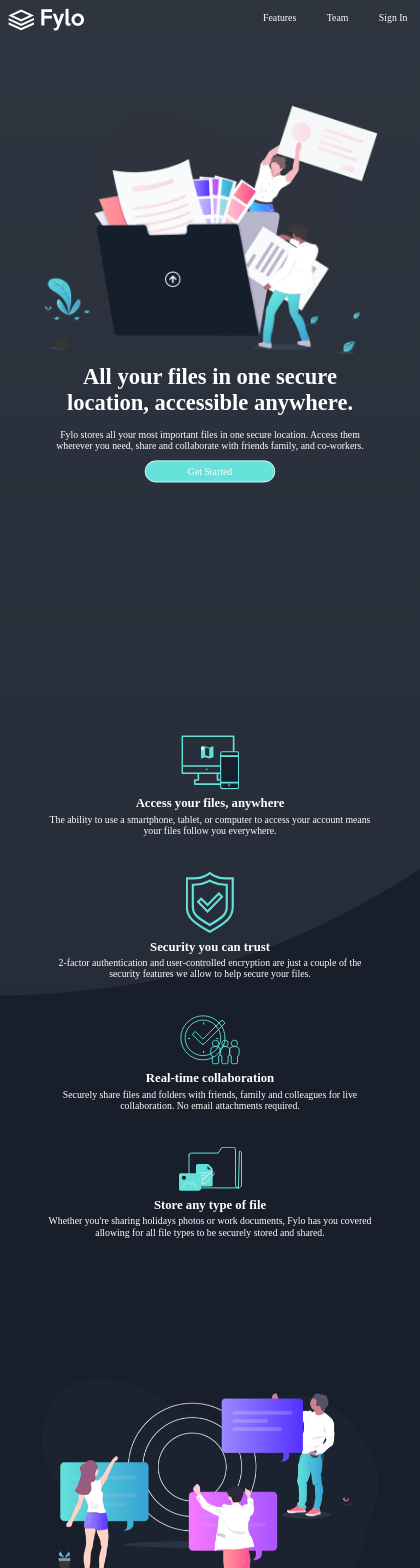
Repository: pboi18/SideHustle
Page: index.html
The author's editor kept a copy of each file at every save. The page is drawn from the files as they stood at one save, then again after the next save.
The browser window is 600 px wide. The pictures show the part of the page from y = 0 to 2240 px (the page is 4284 px tall), at 70% of full size.

Above is the page before, as saved 2021-07-06 13:12:57.

### index.html
<!DOCTYPE html>
<html>
    <head>
        <meta charset="UTF-8">

        <meta name="viewport" content="width=device-width, initial-scale=1.0"> <!-- displays site properly based on user's device -->

        <link rel="icon" type="image/png" sizes="32x32" href="./img/favicon-32x32.png">

        <title>Frontend Mentor | Fylo landing page with dark theme and features grid</title>
        <link rel="preconnect" href="https://fonts.googleapis.com">
        <link rel="stylesheet" href="style.css">
    </head>

    <body>

        <div class="full-body">

            <header>
                <nav>
                    <img class="logo" src="./img/logo.svg" alt="Logo">
                    <ul class="main-nav">
                        <li>
                            <a href="">Features</a>
                        </li>

                        <li>
                            <a href="">Team</a>
                        </li>

                        <li>
                            <a href="">Sign In</a>
                        </li>
                    </ul>
                </nav>
                <div class="get-started">
                    <img src="./img/illustration-intro.png" alt="Get Started">
                    <h1>All your files in one secure location, accessible anywhere.</h1>

                    <p>Fylo stores all your most important files in one secure location. Access them wherever
                        you need, share and collaborate with friends family, and co-workers.
                    </p>
                    <a href="#">Get Started</a>
                </div>
            </header>

            <section class="what-works">
                <div class="b1-1">
                    <img src=".//img/icon-access-anywhere.svg">
                    <h2>Access your files, anywhere</h2>
                    <p>
                        The ability to use a smartphone, tablet, or computer to access your account means your
                        files follow you everywhere.
                    </p>
                </div>

                <div class="b1-2">
                    <img src=".//img/icon-security.svg">
                    <h2>Security you can trust</h2>
                    <p>
                        2-factor authentication and user-controlled encryption are just a couple of the security
                        features we allow to help secure your files.
                    </p>
                </div>

                <div class="b1-3">
                    <img src=".//img/icon-collaboration.svg">
                    <h2>Real-time collaboration</h2>
                    <p>
                        Securely share files and folders with friends, family and colleagues for live collaboration.
                        No email attachments required.
                    </p>
                </div>

                <div class="b1-4">
                    <img src=".//img/icon-any-file.svg">
                    <h2>Store any type of file</h2>
                    <p>
                        Whether you're sharing holidays photos or work documents, Fylo has you covered allowing for all
                        file types to be securely stored and shared.
                    </p>
                </div>

            </section>

            <section class="what-works2">
                <img class="img-p" src="./img/illustration-stay-productive.png" alt="stay productive">

                <div class="stay-productive">
                    <h2>Stay productive, wherever you are</h2>
                    <p>
                        Never let location be an issue when accessing your files. Fylo has you covered for all of your file
                        storage needs.
                    </p>
                    <p>
                        Securely share files and folders with friends, family and colleagues for live collaboration. No email
                        attachments required.
                    </p>
                    <a href="#">See how Fylo works <img src="./img/icon-arrow.svg" alt=""></a>
                </div>
            </section>

            <section class="testimonies">

                <div class="con">

                    <div class="b2-1">
                        <blockquote>
                            Fylo has improved our team productivity by an order of magnitude. Since making the switch our team has
                            become a well-oiled collaboration machine.
                            <cite>
                                <img src="./img/profile-1.jpg" alt="">
                                Satish Patel
                                <p>Founder & CEO, Huddle</p>
                            </cite>
                        </blockquote>

                    </div>


                    <div class="b2-2">
                        <blockquote>
                            Fylo has improved our team productivity by an order of magnitude. Since making the switch our team has
                            become a well-oiled collaboration machine.
                            <cite>
                                <img src="./img/profile-2.jpg" alt="">
                                Bruce McKenzie
                                <p>Founder & CEO, Huddle</p>
                            </cite>
                        </blockquote>

                    </div>


                    <div class="b2-3">
                        <blockquote>
                            Fylo has improved our team productivity by an order of magnitude. Since making the switch our team has
                            become a well-oiled collaboration machine.
                            <cite>
                                <img src="./img/profile-3.jpg" alt="">
                                Iva Boyd
                                <p>Founder & CEO, Huddle</p>
                            </cite>
                        </blockquote>

                    </div>

                </div>


            </section>

            <section class="early-access">
                <div class="e-a">
                    <h2>Get early access today</h2>
                    <p>
                        It only takes a minute to sign up and our free starter tier is extremely generous. If you have any
                        questions, our support team would be happy to help you.
                    </p>
                    <input type="email" name="early" id="" placeholder="    Email" >
                    <button type="submit">Get Started For Free</button>
                </div>
            </section>
        </div>

        <footer>
            <div class="foot-img">
                <img src="./img/logo.svg" alt="">
            </div>

            <div class="foot-ul">
                <ul class="ul1">
                    <li>
                        <img src="./img/icon-location.svg" alt="">
                        <p>
                            Lorem ipsum dolor sit amet, consectetur adipiscing elit, sed do eiusmod tempor incididunt ut labore et
                            dolore magna aliqua
                        </p>
                    </li>
                </ul>

                <ul class="ul2">
                    <li>
                        <p>
                            <img src="./img/icon-phone.svg" alt="">
                            +1-543-123-4567
                        </p>
                    </li>

                    <li>
                        <p>
                            <img src="./img/icon-email.svg" alt="">
                            example@fylo.com
                        </p>
                    </li>
                </ul>

                <ul class="ul3">
                    <li>
                        <a href="">About Us</a>
                    </li>

                    <li>
                        <a href="">Jobs</a>
                    </li>

                    <li>
                        <a href="">Press</a>
                    </li>

                    <li>
                        <a href="">Blog</a>
                    </li>
                </ul>

                <ul class="ul4">
                    <li>
                        <a href="">Contact Us</a>
                    </li>

                    <li>
                        <a href="">Terms</a>
                    </li>

                    <li>
                        <a href="">Privacy</a>
                    </li>
                </ul>

                <ul class="ul5">
                    <li>
                        <i class=""></i>
                    </li>
                </ul>
            </div>

        </footer>
        <p>
            Challenge by <a href="https://www.frontendmentor.io?ref=challenge" target="_blank">Frontend Mentor</a>.
            Coded by <a href="#">Esiet Peter[Limitless]</a>.
        </p>
    </body>
</html>

### style.css
*{
    font-size: 14px;
    font-family: open sans-serif;
    font-weight: 400, 700;
    margin: 0;
    padding: 0;
    box-sizing: border-box;
}

body{
    /* max-width: 1440px; */
    text-rendering: optimizeLegibility;
    overflow-x: hidden;
    display: block;
}

.full-body{
    width: inherit;
    background-image: linear-gradient(hsl(218, 28%, 13%, 0.9),
    hsl(218, 28%, 13%)), url(./img/bg-curvy-desktop.svg);
    background-size: cover;
    /* background-attachment: fixed; */
    background-position: center;
}

/* Header */

header{
    height: 100vh;
}

nav{
    height: 80px;
    margin: 0 auto;
    display: block;
}

.logo {
    height: 40%;
    width: auto;
    float: left;
    margin: 2%;
}

.main-nav {
    float: right;
    list-style: none;
    margin: 3%;
}

.main-nav li {
    display: inline-block;
    margin-left: 40px;
}

.main-nav li a {
    color: #fff;
    text-decoration: none;
}


.get-started {
    width: 100%;
    text-align: center;
    color: #fff;
}

.get-started img {
    width: 40%;
    margin: 0px auto;
}

.get-started h1 {
    width: 40%;
    font-size:230%;
    margin: 10px auto;
}


.get-started p {
    width: 30%;
    font-size:100%;
    margin: 20px auto;
}

.get-started a {
    color: #fff;
    text-decoration: none;
    font-weight: 300;
    font-size: 100%;
    background-color: hsl(176, 68%, 64%);
    padding: 7px 60px;
    border: 1px solid;
    border-radius: 60px;
}


/* Section-What_works */


.what-works {
    color: #fff;
    display: flex;
    width: 80%;
    margin: 200px auto;
    justify-content: space-between;
    flex-wrap: wrap;
}

.what-works h2 {
    font-size: 130%;
    margin: 5px auto;
}

.b1-1,
.b1-2,
.b1-3,
.b1-4 {
    width: 45%;
    text-align: center;
    margin-top: 50px;

}

/* Section-What_works */

.what-works2 {
    color: #fff;
    display: flex;
    justify-content: space-between;
    flex-wrap: wrap;
    width: 80%;
    margin: 100px auto;
}

.img-p,
.stay-productive {
    width: 40%;
    margin: auto 0;
}

.stay-productive h2 {
    font-size: 240%;
    margin: 10px 0;
}

.stay-productive p {
    font-size: 120%;
    margin: 15px 0;
}

.stay-productive a {
    color: #fff;
    text-decoration: none;
    border-bottom: 1px solid #fff;
    padding-bottom: 3px;
}


/* Section-Testimonies */

/* .testimonies {
    margin: 200px auto;
} */
.con {
    width: 85%;
    color: #fff;
    display: flex;
    flex-wrap: wrap;
    margin: auto;
    padding-top: 200px;
    padding-bottom: 300px;
}

.b2-1,
.b2-2,
.b2-3 {
    width: 31%;
    height: 180px;
    margin: auto;
    border-radius: 10px;
    background-color: hsl(219, 30%, 18%);
}

blockquote {
    width: 90%;
    margin: 10% auto;
    font-size: 90%;
}

cite {
    margin-top: 40px;
    display: block;
}


cite img {
    width: 30px;
    border-radius: 20px;
    float: left;
    margin-right: 5px;
}

cite p {
    font-size: 85%;
    display: block
}

/* Early Access */

.early-access {
    position: absolute;
    width: 100%;
}

.e-a {
    width: 50%;
    color: #fff;
    background-color: hsl(217, 28%, 15%);
    margin: 0 auto;
    margin-top: -120px;
    height: 200px;
    text-align: center;
}

.e-a h2 {
    font-size: 150%;
    font-weight: bolder;
    padding-top: 30px;
}

.e-a p {
    width: 80%;
    margin: auto;
    padding-top: 20px;
    padding-bottom: 30px;
}

.e-a input {
    width: 40%;
    height: 30px;
    border-radius: 20px;
    margin-right: 5px;
}

.e-a button {
    height: 30px;
    color: #fff;
    background-color: hsl(176, 68%, 64%);
    padding: 7px 15px;
    border: 1px solid;
    border-radius: 60px;
}

/* Footer */

footer{
    color: #fff;
    background-color: hsl(216, 53%, 9%);
    padding-top: 100px;
    padding-bottom: 50px;
}

.foot-img {
    width: 80%;
    margin: auto;
}
.foot-img img {
    width: 70px;
}



.foot-ul {
    width: 80%;
    margin: 30px auto;

    display: flex;
    flex-wrap: wrap;
}


.foot-ul img {
    display: inline;
    padding-right: 15px;
    height: 20px;
}

.ul1 li {
    display: flex;
}

.ul1,
.ul2,
.ul3,
.ul4,
.ul5 {
    list-style: none;
    line-height: 20px;
    margin: auto;
}

.ul1 {
    width: 22%;
}


.ul2 li {
    margin-bottom: 15px;
}

.ul2 img {
    height: 15px;
}

.ul3 a,
.ul4 a {
    color: #fff;
    text-decoration: none;
    margin-bottom: 5px;
}


@media only screen and (max-width: 1023px) {
    .get-started img,
    .get-started h1,
    .get-started p {
        width: 60%;
    }
}



@media only screen and (max-width: 767px) {

    .get-started {
        margin-top: 70px;
    }

    .get-started img,
    .get-started h1,
    .get-started p {
        width: 80%;
    }

    .b1-1,
    .b1-2,
    .b1-3,
    .b1-4 {
        width: 100%;
    }

    .img-p,
.stay-productive {
    width: 100%;
}

.b2-1,
.b2-2,
.b2-3 {
    width: 100%;
    margin: 15px auto;
}

.e-a {
    width: 80%;
    height: 250px;
}

.e-a p {
    padding-bottom: 10px;
}
.e-a input,
.e-a button {
    width: 80%;
    margin: 5px auto;

}

.nav {
    padding: 12px;
}
}

After the next save:
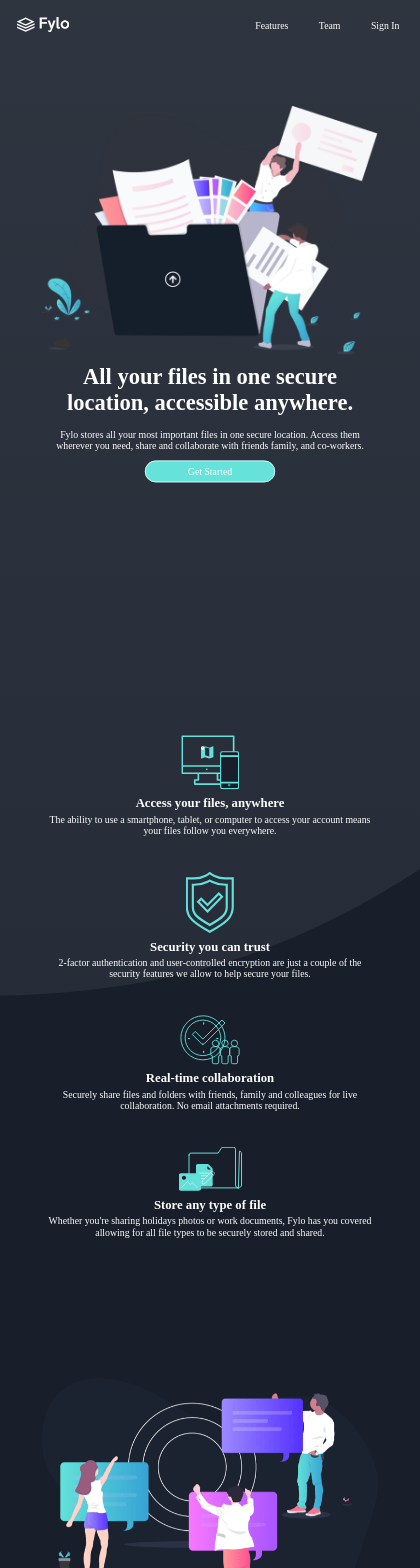
Saved 39 s later.
--- a/style.css
+++ b/style.css
@@ -333,6 +333,10 @@
 
 @media only screen and (max-width: 767px) {
 
+    nav {
+        padding: 12px;
+    }
+
     .get-started {
         margin-top: 70px;
     }
@@ -377,7 +381,5 @@
 
 }
 
-.nav {
-    padding: 12px;
-}
-}
+
+}
